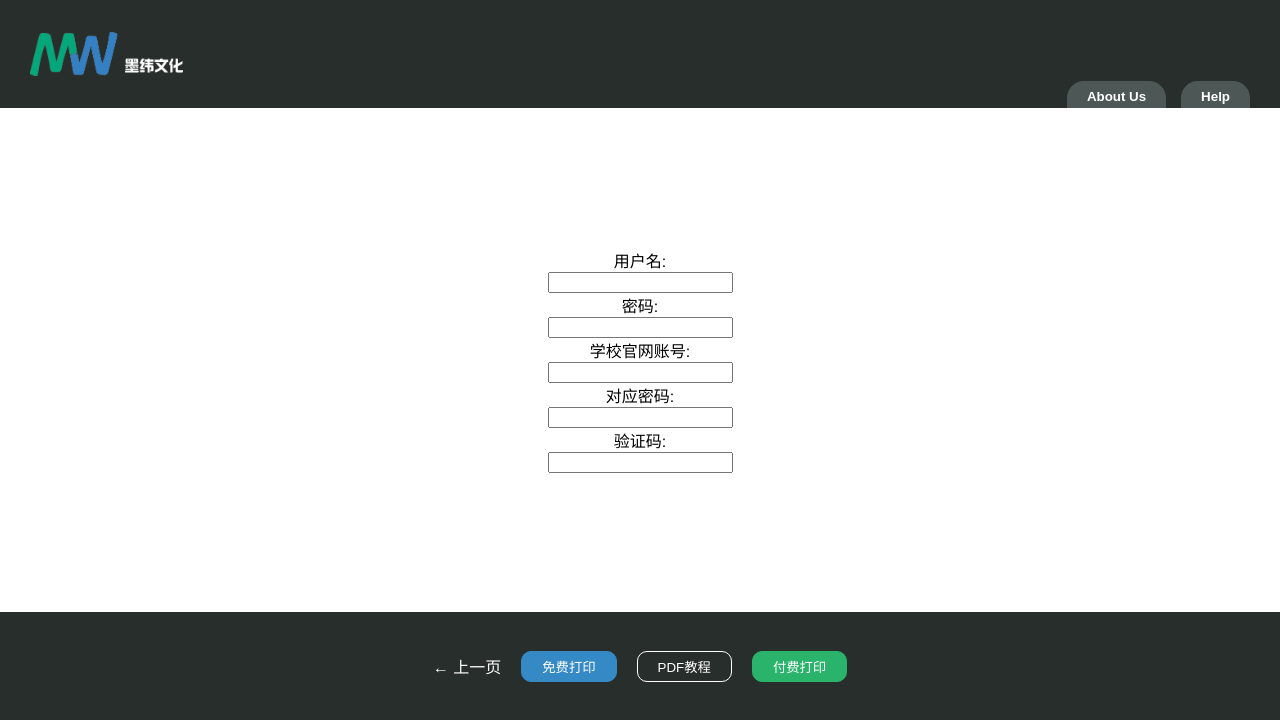
Repository: sucksucksucksuck/mw
Page: /#/register
These files come from the project's save history. The page is drawn as it stood at one moment and after the next save; the edit follows.
The browser window is 1280 px wide. The pictures show the whole page.
The project was rebuilt for these pictures with package versions that can differ from the ones it lists, and the page was loaded fresh each time. Also part of the build but not shown: webpack.config.js, src/components/HelloWorld.vue, src/components/Suck.vue.

Above is the page before, as saved 2018-04-13 17:06:52.

### index.html
<!DOCTYPE html>
<html>
  <head>
    <meta charset="utf-8">
    <meta name="viewport" content="width=device-width,initial-scale=1.0">
    <title>mw文化</title>
  </head>
  <body>
    <div id="app">

    </div>
  </body>
</html>

### src/App.vue
<template>
  <div id="app">
    <header>
      <img src="./assets/images/logo.png" alt="">
      <div class="btn">
        <button type="button">About Us</button>
        <button type="button">Help</button>
      </div>
    </header>
    <div class="wrap">
        <router-view/>
    </div>
    <footer>
      <div @click='back'>
          ← 上一页
      </div>
          <button type="button" class="free">
              免费打印
            </button>
            <button type="button" class="pdf">
              PDF教程
            </button>
            <button type="button" class="pay">
              付费打印
            </button>
    </footer>
  </div>
</template>

<script>
export default {
  name: 'App',
  methods: {
    back: function () {
      this.$router.go(-1);
    }
  }
}
</script>

<style>
#app {
  font-family: 'Avenir', Helvetica, Arial, sans-serif;
  -webkit-font-smoothing: antialiased;
  -moz-osx-font-smoothing: grayscale;
  text-align: center;
  color: #fff;
  background-color: #282E2C;
  height: 100%;
  display: flex;
  flex-direction: column;
  flex: 1;
  width: 100%;
  overflow: hidden;
  position: absolute;
  top: 0;
  left: 0;
}
header {
  background: #282E2C;
  height: 15%;
  justify-content: space-between;
  align-items: center;
  display: flex;
}
header .btn {
  margin-right: 30px;
  display: flex;
  flex-direction: row;
  justify-content: space-between;
  align-self: flex-end;
}
header .btn button {
  margin-left: 15px;
  border: none;
  background: rgba(225, 255, 255, 0.2);
  color:#fff;
  border-top-left-radius: 17px;
  border-top-right-radius: 17px;
  padding: 8px 20px 4px 20px;
  cursor: pointer;
  outline: none;
  font-weight: 600;
}

.wrap {
  flex:1;
  display: flex;
  background: #fff;
}
header img {
  height: 40%;
  margin-left: 30px;
}
* {
  margin: 0;
}
footer {
  background: #282E2C;
  height: 15%;
  justify-content: center;
  display: flex;
  align-items: center
}
footer div {
  cursor: pointer;
}
footer div:hover {
  color: #3580C4;
}
.free {
  margin-left: 20px;
  border: 1px solid #3589C5;
  background: #3589C5;
  color:#fff;
  border-radius: 10px;
  padding: 5px 20px;
  cursor: pointer;
  outline: none;
}
.pdf {
  margin-left: 20px;
  border: 1px solid #fff;
  box-sizing: content-box;
  background: transparent;
  color:#fff;
  border-radius: 10px;
  padding: 5px 20px;
  cursor: pointer;
  outline: none;
}
.pay {
  margin-left: 20px;
  border: 1px solid #2AB36B;
  background: #2AB36B;
  color:#fff;
  border-radius: 10px;
  padding: 5px 20px;
  cursor: pointer;
  outline: none;
}
</style>

### src/router/index.js
import Vue from 'vue'
import Router from 'vue-router'
import HelloWorld from '@/components/HelloWorld'
import Suck from '@/components/Suck'
import Register from '@/components/Register'
Vue.use(Router)

export default new Router({
  routes: [
    {
      path: '/',
      name: 'HelloWorld',
      component: HelloWorld
    },
    {
      path: '/suck',
      name: 'Suck',
      component: Suck
    },
    {
      path: '/register',
      name: 'Register',
      component: Register
    }
  ]
})

### src/components/Register.vue
<template>
  <!-- <div class="hello">
      <h1>{{ msg }}23234</h1>
    </div> -->
  <div class="register">
    <div class="item">
      <div>用户名:</div>
      <input type="text" name="name">
    </div>
    <div class="item">
      <div>密码:</div>
      <input type="text" name="name">
    </div>
    <div class="item">
      <div>学校官网账号:</div>
      <input type="text" name="name">
    </div>
    <div class="item">
      <div>对应密码:</div>
      <input type="text" name="name">
    </div>
    <div class="item">
      <div>验证码:</div>
      <input type="text" name="name">
    </div>
  </div>
</template>

<script>
  export default {
    name: 'Suck',
    data() {
      return {
        msg: 'Suckkkkkkkk'
      }
    }
  }

</script>

<!-- Add "scoped" attribute to limit CSS to this component only -->
<style scoped>
  .register {
    color: #000;
    display: flex;
    align-items: center;
    justify-content: center;
    flex: 1;
    flex-direction: column;
  }

</style>

Loaded but not shown: src/main.js (common file)

After the next save:
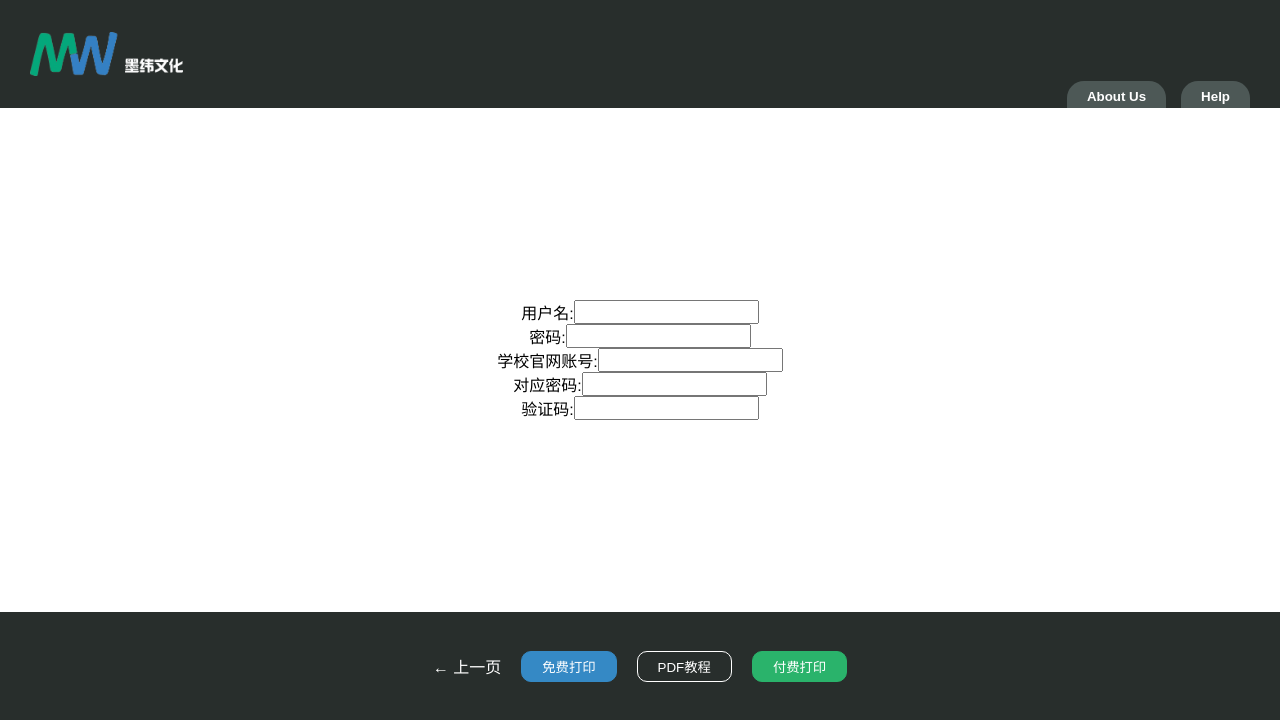
Saved 17 s later.
--- a/src/components/Register.vue
+++ b/src/components/Register.vue
@@ -48,5 +48,8 @@
     flex: 1;
     flex-direction: column;
   }
-
+.item {
+  display: flex;
+  flex-direction: row;
+}
 </style>
